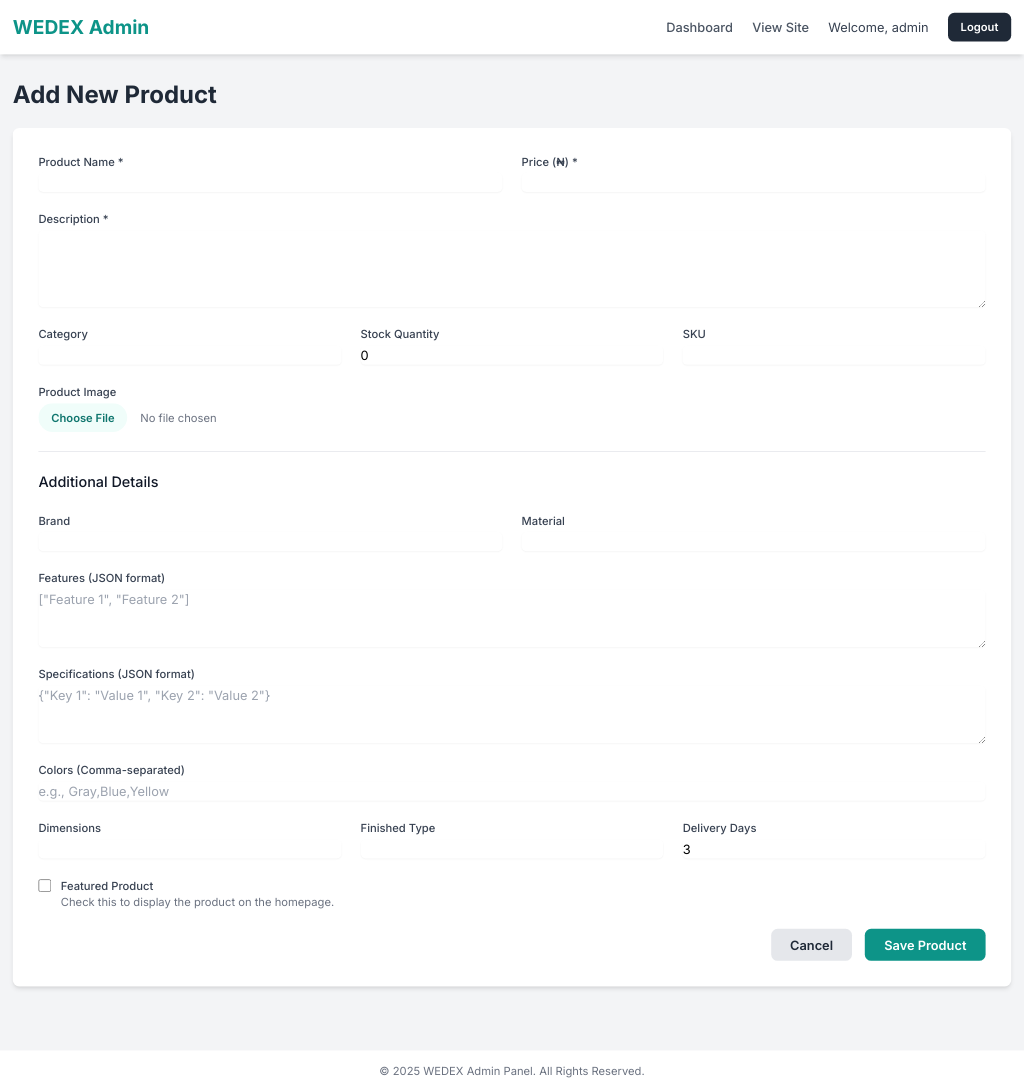
Repository: ICARUSTUDIO/WEDEX
Page: http://localhost/yourproject/admin/add_product.php
The author's editor kept a copy of each file at every save. The page is drawn from the files as they stood at one save, then again after the next save.
The browser window is 1280 px wide. The pictures show the whole page, at 80% of full size.
Some web libraries are served in a nearby version. The page is run by PHP 8.4 with error messages shown; the project is at /var/www/html/. The session is filled in as if someone had signed in: {"admin_logged_in": true, "admin_username": "admin"}.

Above is the page before, as saved 2025-10-03 23:01:44.

After the next save:
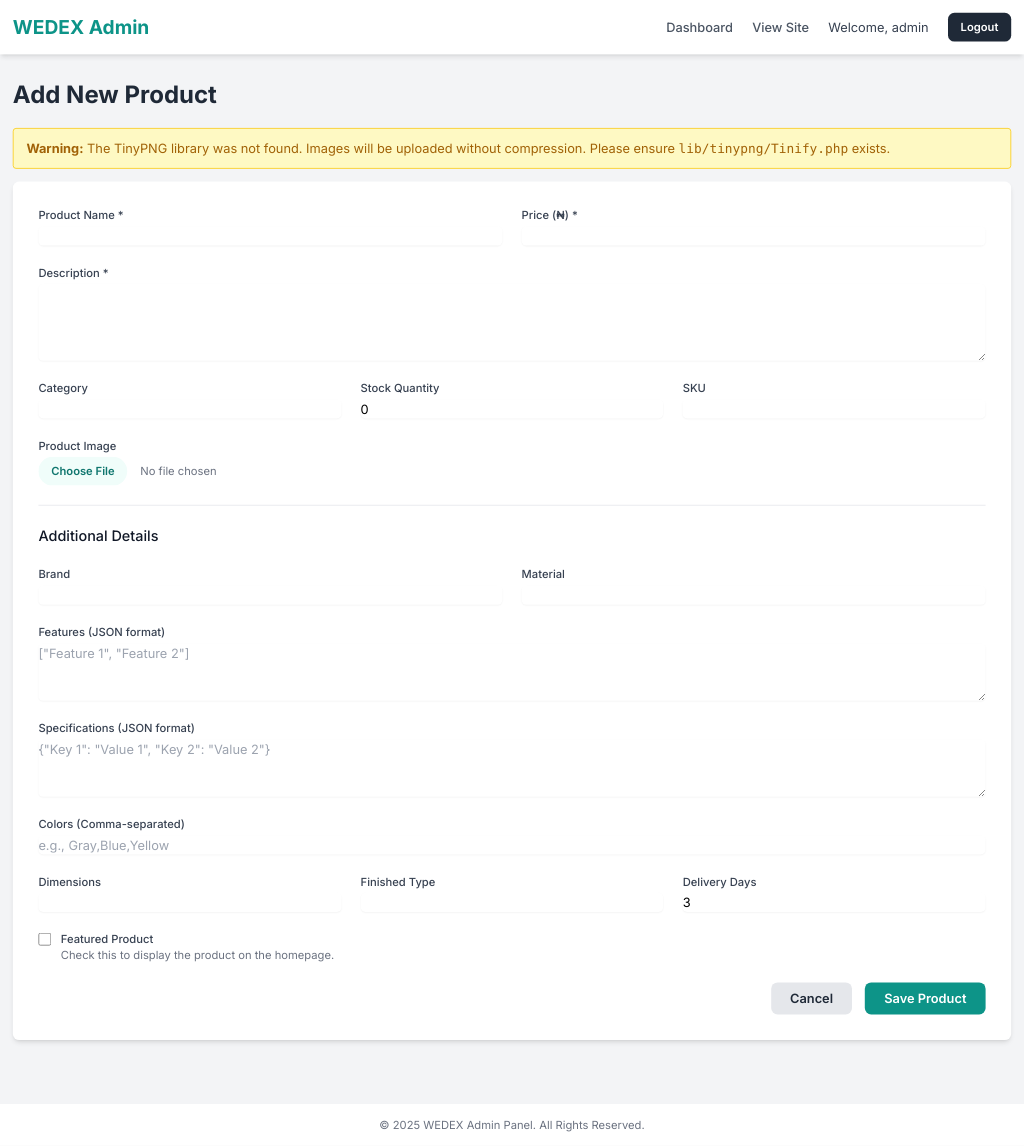
Saved 2 min 0 s later.
--- a/admin/add_product.php
+++ b/admin/add_product.php
@@ -2,8 +2,11 @@
 require_once '../config.php';
 require_once 'partials/header.php';
 
-// Include the Tinify library
-require_once '../lib/tinypng/Tinify.php';
+// Include the Tinify library using a more robust path
+$tinify_path = __DIR__ . '/../lib/tinypng/Tinify.php';
+if (file_exists($tinify_path)) {
+    require_once $tinify_path;
+}
 
 $error = '';
 $success = '';
@@ -25,8 +28,8 @@ if ($_SERVER['REQUEST_METHOD'] === 'POST') {
             $target_file = $target_dir . $image_name;
             $source_file = $_FILES["image"]["tmp_name"];
 
-            // Check if API key is set before trying to compress
-            if (defined('TINIFY_API_KEY') && TINIFY_API_KEY != 'YOUR_API_KEY_HERE') {
+            // Check if API key is set and library is loaded before trying to compress
+            if (function_exists('\Tinify\setKey') && defined('TINIFY_API_KEY') && TINIFY_API_KEY != 'YOUR_API_KEY_HERE') {
                 try {
                     // Initialize Tinify with your API key
                     \Tinify\setKey(TINIFY_API_KEY);
@@ -43,7 +46,7 @@ if ($_SERVER['REQUEST_METHOD'] === 'POST') {
                     }
                 }
             } else {
-                // Fallback for when API key is not set
+                // Fallback for when API key is not set or library is missing
                 if (!move_uploaded_file($source_file, $target_file)) {
                     $error = "Sorry, there was an error uploading your file.";
                 }
@@ -96,6 +99,11 @@ if ($_SERVER['REQUEST_METHOD'] === 'POST') {
             <p><?php echo $error; ?></p>
         </div>
     <?php endif; ?>
+    <?php if (!function_exists('\Tinify\setKey')): ?>
+        <div class="bg-yellow-100 border border-yellow-400 text-yellow-700 px-4 py-3 rounded mb-4" role="alert">
+            <p><strong>Warning:</strong> The TinyPNG library was not found. Images will be uploaded without compression. Please ensure <code>lib/tinypng/Tinify.php</code> exists.</p>
+        </div>
+    <?php endif; ?>
 
     <div class="bg-white shadow-md rounded-lg p-8">
         <form action="add_product.php" method="POST" enctype="multipart/form-data" class="space-y-6">
